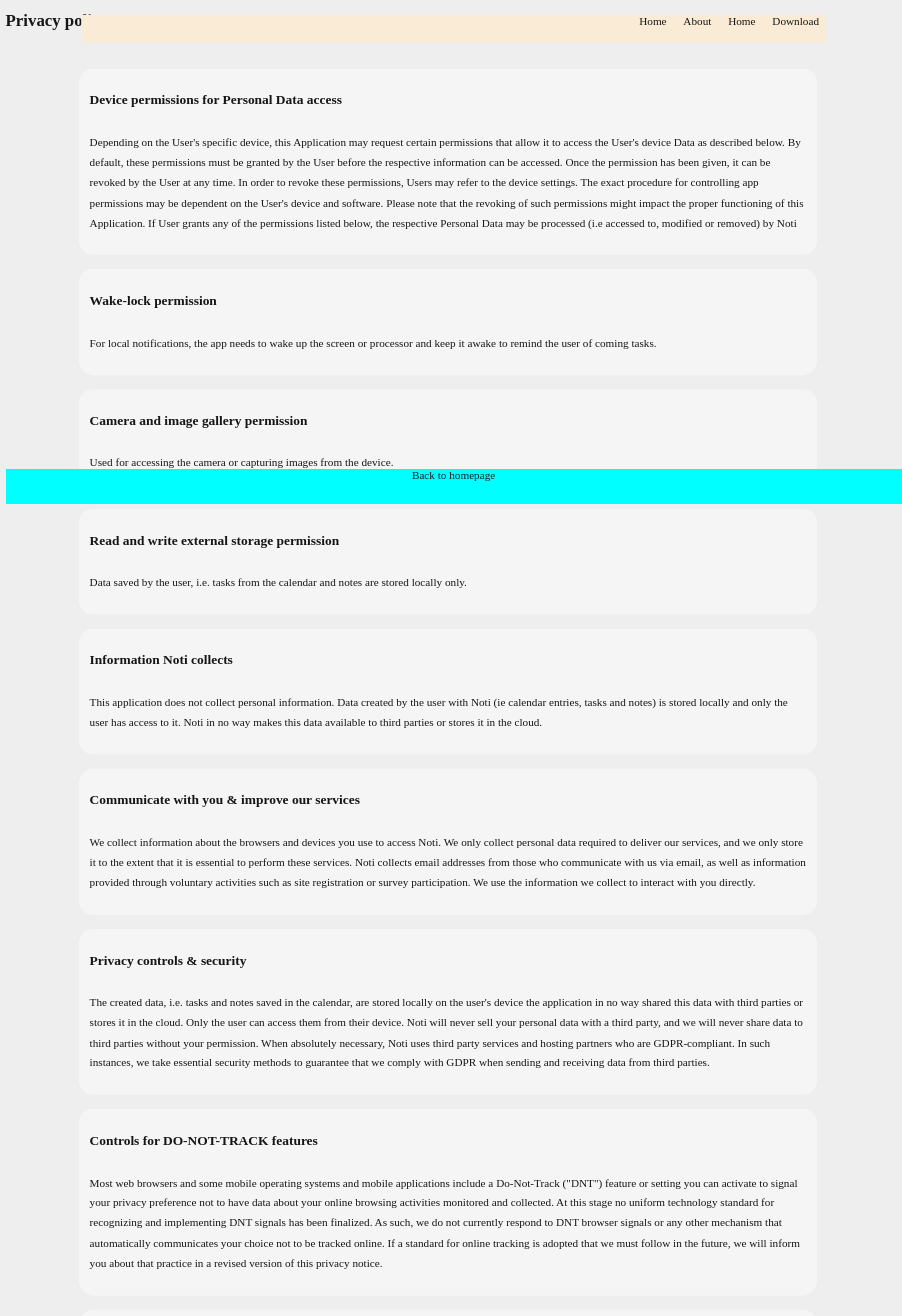
Repository: RafalSiuta/notiweb
Page: policy.html
The author's editor kept a copy of each file at every save. The page is drawn from the files as they stood at one save, then again after the next save.
The browser window is 1280 px wide. The page is 1288 px wide, then 1280 px, so the pictures cover 1288 px, including what lies to the right of the window. The pictures show the part of the page from y = 0 to 1880 px (the page is 3586 px tall before and 3565 px after), at 70% of full size.

Above is the page before, as saved 2024-12-15 02:11:42.

### policy.html
<!DOCTYPE html>
<!--[if lt IE 7]>      <html class="no-js lt-ie9 lt-ie8 lt-ie7"> <![endif]-->
<!--[if IE 7]>         <html class="no-js lt-ie9 lt-ie8"> <![endif]-->
<!--[if IE 8]>         <html class="no-js lt-ie9"> <![endif]-->
<!--[if gt IE 8]>      <html class="no-js"> <!--<![endif]-->
<html>
    <head>
        <meta charset="utf-8">
        <meta http-equiv="X-UA-Compatible" content="IE=edge">
        <title>Noti privacy policy</title>
        <meta name="Noti mobile app privacy policy" content="">
        <meta name="viewport" content="width=device-width, initial-scale=1">
        <link rel="stylesheet" href="/styles/styles.css">
    </head>
    <body>
        <nav>
            <ul>
                <li><a href="index.html">Home</a></li>
                <li><a href="index.html">About</a></li>
                <li><a href="index.html">Home</a></li>
                <li><a href="index.html">Download</a></li>
            </ul>
        </nav>
        <header>
            <h1>Privacy policy</h1>
        </header>
        <div class="main">
            <div class="item">
                <h3>Device permissions for Personal Data access</h3>
                <p>Depending on the User's specific device, this Application may request certain permissions that allow it to access the
                    User's device Data as described below.
                    By default, these permissions must be granted by the User before the respective information can be accessed. Once
                    the
                    permission has been given, it can be revoked by the User at any time. In order to revoke these permissions, Users
                    may
                    refer to the device settings.
                    The exact procedure for controlling app permissions may be dependent on the User's device and software.
                    Please note that the revoking of such permissions might impact the proper functioning of this Application.
                    If User grants any of the permissions listed below, the respective Personal Data may be processed (i.e accessed to,
                    modified or removed) by Noti</p>
            </div>
            <div class="item">
                <h3>Wake-lock permission</h3>
                <p>For local notifications, the app needs to wake up the screen or processor and keep it awake to remind the user of coming
                tasks.</p>
            </div>
            <div class="item">
                <h3>Camera and image gallery permission</h3>
                <p>Used for accessing the camera or capturing images from the device.</p>
            </div>
            <div class="item">
                <h3>Read and write external storage permission</h3>
                <p>Data saved by the user, i.e. tasks from the calendar and notes are stored locally only.</p>
            </div>
            <div class="item">
                <h3>Information Noti collects</h3>
                <p>This application does not collect personal information. Data created by the user with Noti (ie calendar entries,
                tasks
                and notes) is stored locally and only the user has access to it. Noti in no way makes this data available to third
                parties or stores it in the cloud.</p>
            </div>
            <div class="item">
                <h3>Communicate with you & improve our services</h3>
                <p>We collect information about the browsers and devices you use to access Noti.
                We only collect personal data required to deliver our services, and we only store it to the extent that it is
                essential
                to perform these services.
                Noti collects email addresses from those who communicate with us via email, as well as information provided through
                voluntary activities such as site registration or survey participation. We use the information we collect to
                interact
                with you directly.</p>
            </div>
            <div class="item">
                <h3>Privacy controls & security</h3>
                <p>The created data, i.e. tasks and notes saved in the calendar, are stored locally on the user's device
                the application in no way
                shared this data with third parties or stores it in the cloud. Only the user can access them from their device.
                Noti will never sell your personal data with a third party, and we will never share data to third parties without
                your permission. When absolutely necessary, Noti uses third party services and hosting partners who are
                GDPR-compliant. In such instances, we take essential security methods to guarantee that we comply with GDPR when sending
                and receiving data from third parties.</p>
            </div>
            <div class="item">
                <h3>Controls for DO-NOT-TRACK features</h3>
                <p>Most web browsers and some mobile operating systems and mobile applications include a Do-Not-Track ("DNT") feature or
                setting you can activate to signal your privacy preference not to have data about your online browsing activities
                monitored and collected. At this stage no uniform technology standard for recognizing and implementing DNT signals has
                been finalized. As such, we do not currently respond to DNT browser signals or any other mechanism that automatically
                communicates your choice not to be tracked online. If a standard for online tracking is adopted that we must follow in
                the future, we will inform you about that practice in a revised version of this privacy notice.</p>
            </div>
            <div class="item">
                <h3>Delete data</h3>
                <p>The data created with the application can be deleted by selecting the settings icon (the gear icon) and then selecting
                "settings" from the bar menu on the right, and then selecting the tab titled "Recycle Bin" - you can decide after which
                time the data will be deleted. Data is also deleted during the process of uninstalling the application from the device.
                Data from the website, such as the name and e-mail address provided for the newsletter, may be deleted after sending
                information to the contact address with a request to delete the data.</p>
            </div>
            <div class="item">
                <h3>The rights of Users</h3>
                <p>In brief: In some regions, such as the European Economic Area (EEA) and the United Kingdom (United Kingdom), you have
                rights that give you greater access to and control over your personal information. You can review, change or close your
                account at any time. In some regions (such as the EEA and UK) you have certain rights under applicable data protection
                laws. They may include the right - to request access and obtain a copy of your personal data, to request rectification
                or deletion, to limit the processing of your personal data and, where applicable, to transfer data. In certain
                circumstances, you may also have the right to object to the processing of your personal data. To make such a request,
                please use the contact details provided below. We will consider and take action upon request in accordance with
                applicable data protection laws. If we are relying on your consent to process your personal data, you have the right to
                withdraw your consent at any time. Remember, however, that this will not affect the lawfulness of processing prior to
                its withdrawal or the processing of your personal data based on lawful grounds for processing other than consent. If you
                are an EEA or UK resident and you believe that we are processing your personal data unlawfully, you also have the right
                to lodge a complaint with your local data protection supervisory authority <br>
                Their contact details can be found here:
                <a href="https://ec.europa.eu/newsroom/article29/items/612080">National Data Protection Authorities</a><br>
                If you are a resident in Switzerland, the contact details for the data protection authorities are available here: <a
                    href="https://www.edoeb.admin.ch/edoeb/en/home.html.">Ein Fehler ist aufgetreten</p>
            </div>
            <div class="item">
                <h3>Do California residents have specific privacy rights?</h3>
                <p>In brief: Yes, if you live in California you have certain rights to access your personal information. Section 1798.83 of
                the California Civil Code, also known as the "Shine The Light" Act, allows our California users to request and obtain
                from us once a year and free of charge information on the categories of personal information (if any) disclosed to third
                parties for direct marketing purposes as well as the names and addresses of all third parties with whom we shared
                personal data in the immediately preceding calendar year. If you are a California resident and wish to make such a
                request, please send us your request to the email address provided below. If you are under the age of 18, live in
                California and have a registered account, you have the right to request the deletion of unwanted data. To request
                deletion of such data, please contact us using the contact details provided below, providing the email address
                associated with your account and a statement that you live in California. We will make sure that the data is not
                publicly displayed in the Application, however, it should be remembered that this data may not be completely or
                comprehensively removed from all our systems (e.g. backups, etc.).</p>
            </div>
            <div class="item">
                <h3>Cookies</h3>
                <p>Cookies are required on Noti Website. We use them to collect visitors' preferences and thus to better optimize the
                user experience. Users can disable cookies in their browser settings. But please note that our services rely on cookies
                to function properly, and you may not be able to access certain features on our Website after disabling them.</p>
            </div>
            <div class="item">
                <h3>Changes to This Policy</h3>
                <p>If our Privacy Policy is changed in the future, we will not limit your rights under this Privacy Policy without your
                express consent. We always indicate the publication date of the latest changes. If the changes are significant, we will
                send you a more prominent notice (including, for certain services, an email notification of changes to the Privacy
                Policy).
                Please check back periodically to stay informed of any updates or changes to this Privacy Policy. By continuing to
                access and use Noti, you agree to be bound by the revised policy.
                </p>
            </div>
            <div class="item">
                <h3>Contact Us</h3>
                <p>If you have any questions about this Policy, please email us at <b>r85unit@gmail.com</b> with topic: "Privacy Questions”
                in the title line.
                </p>
            </div>
        </div>

        <footer>
            <a class="policy-link" href="index.html">Back to homepage</a>
        </footer>
        <script src="" async defer></script>
    </body>
</html>

### styles/styles.css
@font-face {
    font-family: "Exo-medium";
    src:url("fonts/Exo2-Medium.ttf") format("ttf");
    font-family: "Exo-black";
    src: url("fonts/Exo2-Black.ttf") format("ttf");

}
body {
    background-color: #EEEEEE;

}
nav{
    width: 100vw;
    position: fixed;
}
 ul{
    width: 80vw;
    height: 40px;
    top: 0;
    margin: 5px auto;

    background-color: antiquewhite;

    text-align: right;
}

li{
    display: inline;
    margin: 10px;
}
a {
    color: #161616;
    font-size: 1em;
    text-decoration: none;
    font-family: "Exo-medium";
    z-index: 2;
}
.main{
    display: flex;
    flex-direction: column;
    align-items: center;
    padding: 70px auto;
}

h1, h3{
    font-family: "Exo-black";
    font-size: 1.2em;
    color: #161616;
}

h1{
    font-size: 1.5em;
}

section{
    width: 100vw;
    height: 100vh;
    display: flex;
    justify-content: center;
    align-items: center;
}
footer{
    bottom: 0;
    height: 50px;
    width: 100vw;
    background-color: aqua;
    position: fixed;
    text-align: center;
    z-index: 2;
}
.policy-link{
    font-family: "Exo-medium";
    font-size: 1em;
    color: #161616;
    padding: 5px;
}
.item {
    display: flex;
    flex-direction: column;
    width: 80vw;
    text-align: left;
    margin: 10px auto;
    background-color: #f5f5f5;
    padding: 15px;
    border-radius: 20px;
}
p{
    line-height: 1.8em;
    font-family: 'Exo-medium';
    color: #161616;
}
header{
    width: 100vw;
    height: 10vh;
    text-align: left;

}

After the next save:
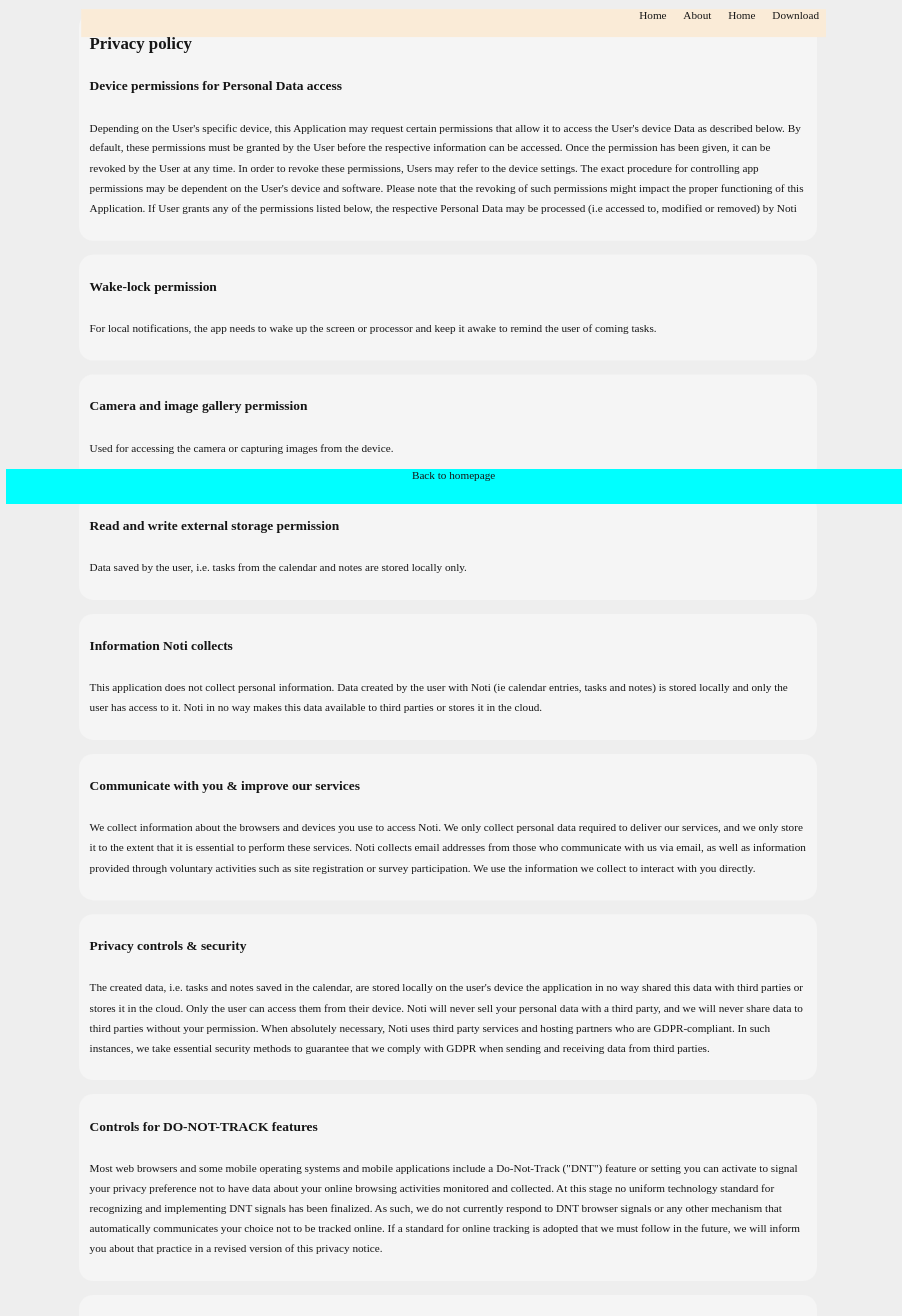
Saved 37 s later.
--- a/policy.html
+++ b/policy.html
@@ -21,11 +21,10 @@
                 <li><a href="index.html">Download</a></li>
             </ul>
         </nav>
-        <header>
-            <h1>Privacy policy</h1>
-        </header>
+
         <div class="main">
             <div class="item">
+                <h1>Privacy policy</h1>
                 <h3>Device permissions for Personal Data access</h3>
                 <p>Depending on the User's specific device, this Application may request certain permissions that allow it to access the
                     User's device Data as described below.
